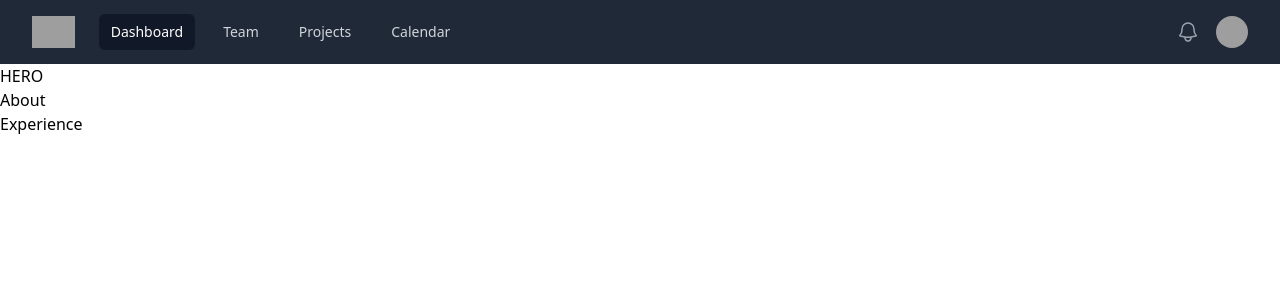
Repository: supakorn5039-boon/React-f
Page: /
An editor plug-in stored every save of this project. The page is shown before and after the next save, followed by the edit.
The browser window is 1280 px wide. The pictures show the whole page.
Pictures or frames that could not be fetched are drawn as grey boxes. The project was rebuilt for these pictures with package versions that can differ from the ones it lists, and the page was loaded fresh each time. Also part of the build but not shown: vite.config.js.

Above is the page before, as saved 2024-01-09 10:44:25.

### src/App.jsx
import Navbar from "./components/navbar";
import Hero from "./components/Hero";
import About from "./components/About";
import Experience from "./components/Experience";

export default function App() {
  return (
    <>
      <Navbar />
      <Hero />
      <About />
      <Experience />
    </>
  );
}

### src/components/navbar.jsx
import { Fragment } from "react";
import { Disclosure, Menu, Transition } from "@headlessui/react";
import { Bars3Icon, BellIcon, XMarkIcon } from "@heroicons/react/24/outline";

const navigation = [
  { name: "Dashboard", href: "#", current: true },
  { name: "Team", href: "#", current: false },
  { name: "Projects", href: "#", current: false },
  { name: "Calendar", href: "#", current: false },
];

function classNames(...classes) {
  return classes.filter(Boolean).join(" ");
}

export default function Navbar() {
  return (
    <Disclosure as="nav" className="bg-gray-800">
      {({ open }) => (
        <>
          <div className="mx-auto max-w-7xl px-2 sm:px-6 lg:px-8">
            <div className="relative flex h-16 items-center justify-between">
              <div className="absolute inset-y-0 left-0 flex items-center sm:hidden">
                {/* Mobile menu button*/}
                <Disclosure.Button className="relative inline-flex items-center justify-center rounded-md p-2 text-gray-400 hover:bg-gray-700 hover:text-white focus:outline-none focus:ring-2 focus:ring-inset focus:ring-white">
                  <span className="absolute -inset-0.5" />
                  <span className="sr-only">Open main menu</span>
                  {open ? (
                    <XMarkIcon className="block h-6 w-6" aria-hidden="true" />
                  ) : (
                    <Bars3Icon className="block h-6 w-6" aria-hidden="true" />
                  )}
                </Disclosure.Button>
              </div>
              <div className="flex flex-1 items-center justify-center sm:items-stretch sm:justify-start">
                <div className="flex flex-shrink-0 items-center">
                  <img
                    className="h-8 w-auto"
                    src="https://tailwindui.com/img/logos/mark.svg?color=indigo&shade=500"
                    alt="Your Company"
                  />
                </div>
                <div className="hidden sm:ml-6 sm:block">
                  <div className="flex space-x-4">
                    {navigation.map((item) => (
                      <a
                        key={item.name}
                        href={item.href}
                        className={classNames(
                          item.current
                            ? "bg-gray-900 text-white"
                            : "text-gray-300 hover:bg-gray-700 hover:text-white",
                          "rounded-md px-3 py-2 text-sm font-medium"
                        )}
                        aria-current={item.current ? "page" : undefined}
                      >
                        {item.name}
                      </a>
                    ))}
                  </div>
                </div>
              </div>
              <div className="absolute inset-y-0 right-0 flex items-center pr-2 sm:static sm:inset-auto sm:ml-6 sm:pr-0">
                <button
                  type="button"
                  className="relative rounded-full bg-gray-800 p-1 text-gray-400 hover:text-white focus:outline-none focus:ring-2 focus:ring-white focus:ring-offset-2 focus:ring-offset-gray-800"
                >
                  <span className="absolute -inset-1.5" />
                  <span className="sr-only">View notifications</span>
                  <BellIcon className="h-6 w-6" aria-hidden="true" />
                </button>

                {/* Profile dropdown */}
                <Menu as="div" className="relative ml-3">
                  <div>
                    <Menu.Button className="relative flex rounded-full bg-gray-800 text-sm focus:outline-none focus:ring-2 focus:ring-white focus:ring-offset-2 focus:ring-offset-gray-800">
                      <span className="absolute -inset-1.5" />
                      <span className="sr-only">Open user menu</span>
                      <img
                        className="h-8 w-8 rounded-full"
                        src="https://images.unsplash.com/photo-1472099645785-5658abf4ff4e?ixlib=rb-1.2.1&ixid=eyJhcHBfaWQiOjEyMDd9&auto=format&fit=facearea&facepad=2&w=256&h=256&q=80"
                        alt=""
                      />
                    </Menu.Button>
                  </div>
                  <Transition
                    as={Fragment}
                    enter="transition ease-out duration-100"
                    enterFrom="transform opacity-0 scale-95"
                    enterTo="transform opacity-100 scale-100"
                    leave="transition ease-in duration-75"
                    leaveFrom="transform opacity-100 scale-100"
                    leaveTo="transform opacity-0 scale-95"
                  >
                    <Menu.Items className="absolute right-0 z-10 mt-2 w-48 origin-top-right rounded-md bg-white py-1 shadow-lg ring-1 ring-black ring-opacity-5 focus:outline-none">
                      <Menu.Item>
                        {({ active }) => (
                          <a
                            href="#"
                            className={classNames(
                              active ? "bg-gray-100" : "",
                              "block px-4 py-2 text-sm text-gray-700"
                            )}
                          >
                            Your Profile
                          </a>
                        )}
                      </Menu.Item>
                      <Menu.Item>
                        {({ active }) => (
                          <a
                            href="#"
                            className={classNames(
                              active ? "bg-gray-100" : "",
                              "block px-4 py-2 text-sm text-gray-700"
                            )}
                          >
                            Settings
                          </a>
                        )}
                      </Menu.Item>
                      <Menu.Item>
                        {({ active }) => (
                          <a
                            href="#"
                            className={classNames(
                              active ? "bg-gray-100" : "",
                              "block px-4 py-2 text-sm text-gray-700"
                            )}
                          >
                            Sign out
                          </a>
                        )}
                      </Menu.Item>
                    </Menu.Items>
                  </Transition>
                </Menu>
              </div>
            </div>
          </div>

          <Disclosure.Panel className="sm:hidden">
            <div className="space-y-1 px-2 pb-3 pt-2">
              {navigation.map((item) => (
                <Disclosure.Button
                  key={item.name}
                  as="a"
                  href={item.href}
                  className={classNames(
                    item.current
                      ? "bg-gray-900 text-white"
                      : "text-gray-300 hover:bg-gray-700 hover:text-white",
                    "block rounded-md px-3 py-2 text-base font-medium"
                  )}
                  aria-current={item.current ? "page" : undefined}
                >
                  {item.name}
                </Disclosure.Button>
              ))}
            </div>
          </Disclosure.Panel>
        </>
      )}
    </Disclosure>
  );
}

### src/components/Hero.jsx


export default function Hero() {
  return <div>HERO</div>;
}

Loaded but not shown: index.html (common file); src/main.jsx (common file); src/index.css (common file); src/components/About.jsx (common file); src/components/Experience.jsx (common file); tailwind.config.js (common file)

After the next save:
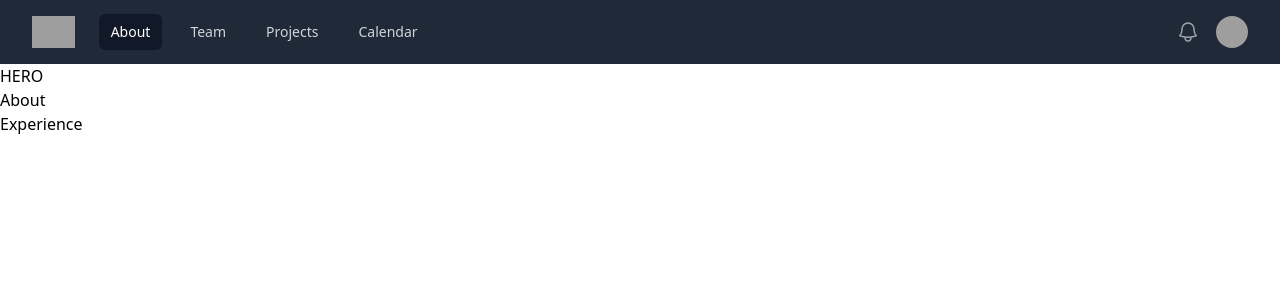
Saved 66 s later.
--- a/src/components/navbar.jsx
+++ b/src/components/navbar.jsx
@@ -3,7 +3,7 @@ import { Disclosure, Menu, Transition } from "@headlessui/react";
 import { Bars3Icon, BellIcon, XMarkIcon } from "@heroicons/react/24/outline";
 
 const navigation = [
-  { name: "Dashboard", href: "#", current: true },
+  { name: "About", href: "#", current: true },
   { name: "Team", href: "#", current: false },
   { name: "Projects", href: "#", current: false },
   { name: "Calendar", href: "#", current: false },
